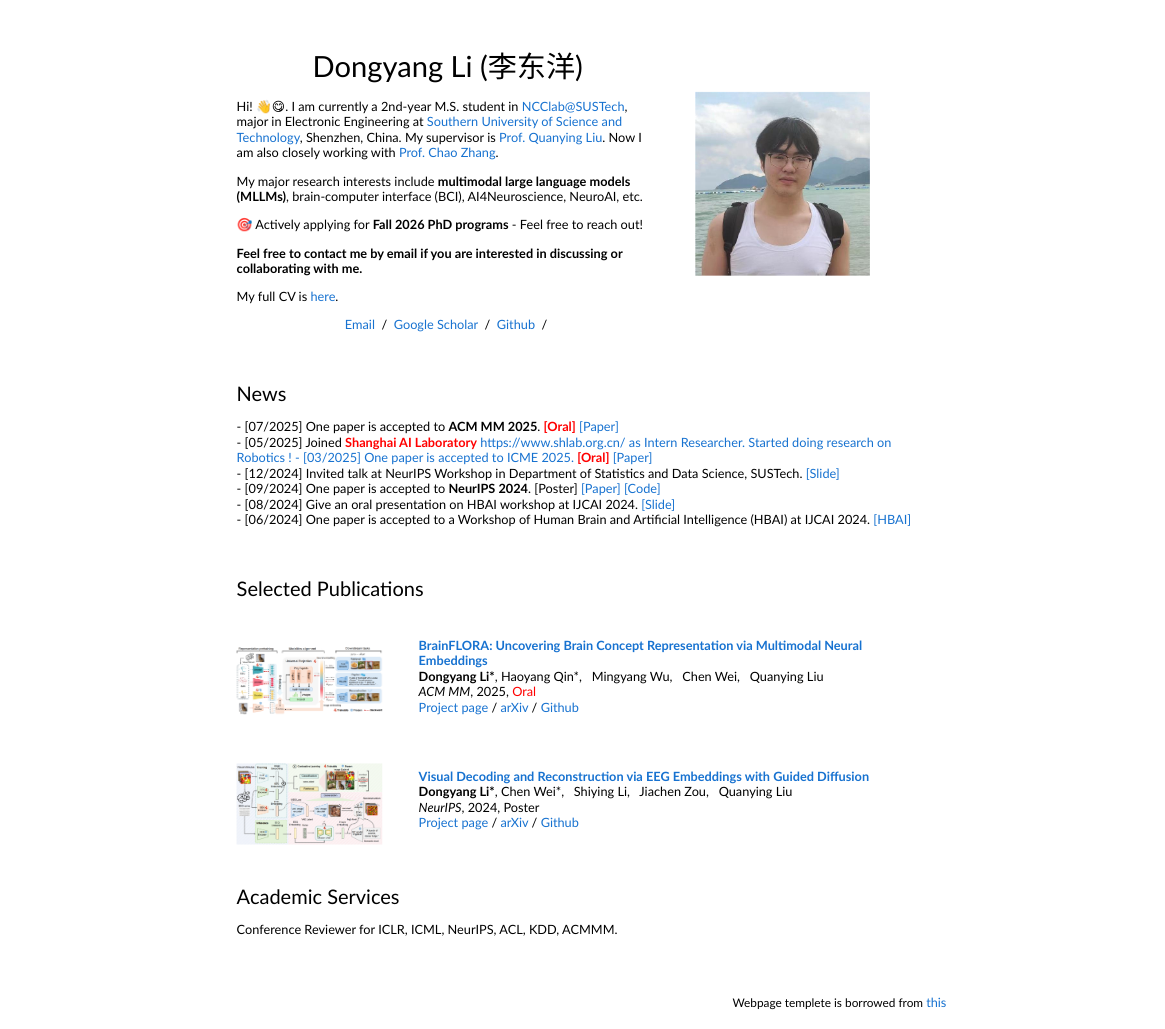
Repository: dongyangli-del/dongyangli-del.github.io
Page: index.html
These files come from the project's save history. The page is drawn as it stood at one moment and after the next save; the edit follows.
The browser window is 1280 px wide. The pictures show the whole page, at 91% of full size.

Above is the page before, as saved 2025-07-12 21:39:16.

### index.html
<!DOCTYPE HTML>
<html lang="en">
  <head>

    <meta http-equiv="Content-Type" content="text/html; charset=UTF-8">

    <title>Dongyang Li (李东洋)</title>

    <meta name="author" content="Dongyang Li (李东洋)">
    <meta name="viewport" content="width=device-width, initial-scale=1">

    <link rel="stylesheet" type="text/css" href="stylesheet.css">
    <link rel="icon" href="data:[embedded picture, 141 characters]">
  </head>

  <body>
    <!-- <div class="content">
      <table style="width:100%;border:0px;border-spacing:0px;border-collapse:separate;margin-right:auto;margin-left:auto;"><tbody>
        <tr style="padding:0px">
          <td style="padding:2.5%;width:63%;vertical-align:middle">
            <p class="name" style="text-align: center;">
              Dongyang Li
            </p>

            </p>
            <p>

            </p>
            <p style="text-align:center">
            </p>
          </td>
          <td style="padding:2.5%;width:40%;max-width:40%">
            <a href="myassets/profile.jpg"><img style="width:100%;max-width:100%" alt="profile photo" src="myassets/profile.jpg" class="hoverZoomLink"></a>
          </td>
        </tr>
      </tbody></table>
    </div> -->
    <table style="width:100%;max-width:800px;border:0px;border-spacing:0px;border-collapse:separate;margin-right:auto;margin-left:auto;"><tbody>
      <tr style="padding:0px">
        <td style="padding:0px">
          <table style="width:100%;border:0px;border-spacing:0px;border-collapse:separate;margin-right:auto;margin-left:auto;"><tbody>
            <tr style="padding:0px">
              <td style="padding:2.5%;width:63%;vertical-align:middle">
                <p class="name" style="text-align: center;">
                  Dongyang Li (李东洋)
                </p>
                <p>
                  Hi! 👋😋.
                  I am currently a 2nd-year M.S. student in <a href="https://faculty.sustech.edu.cn/?tagid=liuqy&iscss=1&snapid=1&orderby=date&go=1">NCClab@SUSTech</a>, major in Electronic Engineering at <a href="https://www.sustech.edu.cn/en/">Southern University of Science and Technology</a>, Shenzhen, China.
                  My supervisor is <a href="https://www.sustech.edu.cn/zh/faculties/liuquanying.html">Prof. Quanying Liu</a>. Now I am also closely working with <a href="https://mi.eng.cam.ac.uk/~cz277/">Prof. Chao Zhang</a>.
                </p>
                <p>
                  My major research interests include <strong>multimodal large language models (MLLMs)</strong>, brain-computer interface (BCI), AI4Neuroscience, NeuroAI, etc.
                </p>
                <p>🎯 Actively applying for <strong>Fall 2026 PhD programs</strong> - Feel free to reach out!</p> <span style="color: black; font-weight: bold;">Feel free to contact me by email if you are interested in discussing or collaborating with me.</span>


                <p>
                  My full CV is <a href="https://dongyangli-del.github.io/files/Dongyang_Li_CV.pdf">here</a>.
                </p>
                <p style="text-align:center">
                  <a href="lidy2023@mail.sustech.edu.cn">Email</a> &nbsp;/&nbsp;
                  <a href="https://scholar.google.com/citations?user=4VTOeU4AAAAJ&hl=zh-CN&oi=ao">Google Scholar</a> &nbsp;/&nbsp;
                  <a href="https://github.com/dongyangli-del">Github</a> &nbsp;/&nbsp;
                  <!-- <a href="https://www.linkedin.com/in/yingqing-he-6b2859168/">LinkedIn</a> -->
                </p>
              </td>
              <td style="padding:2.5%;width:40%;max-width:40%">
                <a href="myassets/profile.jpg"><img style="width:75%;max-width:100%" alt="profile photo" src="myassets/profile.jpg" class="hoverZoomLink"></a>
              </td>
            </tr>
          </tbody></table>

          <table style="width:100%;border:0px;border-spacing:0px;border-collapse:separate;margin-right:auto;margin-left:auto;"><tbody>
            <tr>
            <td style="padding:20px;width:100%;vertical-align:middle">
              <h2>News</h2>
              <p>
                - [07/2025] One paper is accepted to <strong>ACM MM 2025</strong>. <span style="color: red; font-weight: bold;">[Oral]</span> <a href="https://arxiv.org/pdf/2410.23754">[Paper]</a><br>

                - [05/2025] Joined <a href="https://arxiv.org/abs/2403.07721"><span style="color: red; font-weight: bold;">Shanghai AI Laboratory</span> https://www.shlab.org.cn/ as Intern Researcher. Started doing research on Robotics !

                - [03/2025] One paper is accepted to ICME 2025. <span style="color: red; font-weight: bold;">[Oral]</span> <a href="https://arxiv.org/pdf/2410.23754">[Paper]</a><br>

                - [12/2024] Invited talk at NeurIPS Workshop in Department of Statistics and Data Science, SUSTech. <a href="https://dongyangli-del.github.io/files/DongyangLi-20241201.pdf">[Slide]</a><br>

                - [09/2024] One paper is accepted to <strong>NeurIPS 2024</strong>. [Poster] <a href="https://arxiv.org/abs/2403.07721">[Paper]</a> <a href="https://github.com/dongyangli-del/EEG_Image_decode">[Code]</a> <br>

                - [08/2024] Give an oral presentation on HBAI workshop at IJCAI 2024. <a href="https://dongyangli-del.github.io/files/HBAI_2024_DongyangLi.pdf">[Slide]</a><br>

                - [06/2024] One paper is accepted to a Workshop of Human Brain and Artificial Intelligence (HBAI) at IJCAI 2024. <a href="https://hbai2024.github.io/">[HBAI]</a><br>

                <!-- - [10/2024] <font style="color: #d07c22">Invited talk</font> at <a href="https://venue-tutorial.github.io/">ECCV 2024 VENUE (Recent Advances in Video Content Understanding and Generation) Tutorial</a>
                 on the topic of <i>"LLMs Meet image and video generation"</i>.
                 The slides are available at our <a href="https://github.com/YingqingHe/Awesome-LLMs-meet-Multimodal-Generation/blob/main/ECCV2024-VENUE-Tutorial-Slides-LLM-Meet-Image-and-Video-Generation.pdf">Github repo</a>.<br>
                - [08/2024] <font style="color: #d07c22">Invited talk</font> at <a href="https://hunyuan.tencent.com/">Tencent Hunyuan</a>
                 on the topic of <i>"LLMs Meet Multimodal Generation and Editing"</i><br>
                - [08/2024] 1 paper was accepted to <font style="color: #D8429E">ECCV 2024 AI4VA Workshop</font>.<br>
                - [07/2024] 1 paper was accepted to <font style="color: #D8429E">SIGGRAPH Asia 2024</font>.<br>
                - [07/2024] 1 paper was accepted to <font style="color: #D8429E">ECCV 2024</font>.<br>
                - [05/2024] We released a survey paper: <a href="https://arxiv.org/abs/2405.19334">LLMs Meet Multimodal Generation and Editing: A Survey</a>.<br>
                - [03/2024] <font style="color: #d07c22">Invited talk</font> at <a href="https://www.meituan.com/">Meituan</a> on the topic of <i>"Recent Advance of Text-to-Video Generation"</i>.<br>
                - [03/2024] 1 paper was accepted to <font style="color: #D8429E">CVPR 2024</font>.<br>
                - [02/2024] 1 paper was accepted to <font style="color: #D8429E">TVCG 2024</font>.<br>
                - [01/2024] 2 papers were accepted to <font style="color: #D8429E">ICLR 2024</font> (including 1 Spotlight paper).<br>
                - [12/2023] 1 paper was accepted to <font style="color: #D8429E">AAAI 2024</font>.<br>
                - [11/2023] Released <a href="https://arxiv.org/abs/2310.19512">VideoCrafter 1</a>.<br>
                - [08/2023] 1 paper was accepted to <font style="color: #D8429E">SIGGRAPH Asia 2023</font>.<br>
                - [06/2023] <font style="color: #d07c22">Invited talk</font> at <a href="https://sites.google.com/view/loveucvpr23/home">CVPR 2023 LOVEU Workshop</a> on the topic of <i>"Crafting Your Videos: From Unconditional to <br>
                  &nbsp; &nbsp; &nbsp;&nbsp; &nbsp; &nbsp;&nbsp; &nbsp; &nbsp;&nbsp; &nbsp; &nbsp;&nbsp; &nbsp; &nbsp;&nbsp;&nbsp;
                  Controllable Video Diffusion Models"</i>.<br>
                - [04/2023] Released <a href="https://github.com/AILab-CVC/VideoCrafter">VideoCrafter 0.9</a>.<br>
                - [08/2021] 1 paper was accepted to <font style="color: #D8429E">ACM MM 2021</font> as an <font style="color: #D8429E">Oral</font> paper.<br>  -->
              </p>
            </td>
            </tr>
          </tbody></table>
          <table style="width:100%;border:0px;border-spacing:0px;border-collapse:separate;margin-right:auto;margin-left:auto;"><tbody>

    <table style="width:100%;border:0px;border-spacing:0px;border-collapse:separate;margin-right:auto;margin-left:auto;">
      <tbody>
      <tr>
        <td style="padding:20px;width:100%;vertical-align:middle">
          <h2>Selected Publications</h2>
          <!-- <p>
            I'm interested in computer vision, generative models, image/video generation and editing.
          </p> -->
        </td>
      </tr>
      </tbody>
    </table>
    <table style="width:100%;border:0px;border-spacing:0px;border-collapse:separate;margin-right:auto;margin-left:auto;"><tbody>


      <!-- BrainFLORA -->
      <tr>
        <td style="padding:20px;width:25%;vertical-align:middle">
          <img src='myassets/BrainFLORA.png' width="100%">
        </td>
        <td style="padding:20px;width:75%;vertical-align:middle">
          <a href="https://github.com/dongyangli-del/BrainFLORA">
            <span class="papertitle">BrainFLORA: Uncovering Brain Concept Representation via Multimodal Neural Embeddings</span>
          </a>
          <br>
          <strong>Dongyang Li*</strong>,
          <font style="color:black;">Haoyang Qin*, </font> &nbsp;
          <font style="color: black;">Mingyang Wu, </font> &nbsp;
          <font style="color: black;">Chen Wei, </font> &nbsp;
          <font style="color: black;">Quanying Liu </font> &nbsp;
          <br>
          <em>ACM MM</em>, 2025, <font style="color:red;">Oral</font>
          <br>
          <a href="https://github.com/dongyangli-del/BrainFLORA">Project page</a> /
          <a href="https://arxiv.org/pdf/2403.07721">arXiv</a> /
          <a href="https://github.com/dongyangli-del/BrainFLORA">Github</a>
          <p></p>
          <p>
          </p>
        </td>
      </tr>


      <!-- EEG_Image_Decode -->
      <tr>
        <td style="padding:20px;width:25%;vertical-align:middle">
          <img src='myassets/EEG_Image_decode.png' width="100%">
        </td>
        <td style="padding:20px;width:75%;vertical-align:middle">
          <a href="https://github.com/dongyangli-del/EEG_Image_decode/">
            <span class="papertitle">Visual Decoding and Reconstruction via EEG Embeddings with Guided Diffusion</span>
          </a>
          <br>
          <strong>Dongyang Li*</strong>,
          <font style="color:black;">Chen Wei*, </font> &nbsp;
          <font style="color: black;">Shiying Li, </font> &nbsp;
          <font style="color: black;">Jiachen Zou, </font> &nbsp;
          <font style="color: black;">Quanying Liu </font> &nbsp;
          <br>
          <em>NeurIPS</em>, 2024, Poster
          <br>
          <a href="https://dongyangli-del.github.io/EEG_Image_Decode/">Project page</a> /
          <a href="https://arxiv.org/pdf/2403.07721">arXiv</a> /
          <a href="https://github.com/dongyangli-del/EEG_Image_decode">Github</a>
          <p></p>
          <p>
          </p>
        </td>
      </tr>



    <table style="width:100%;border:0px;border-spacing:0px;border-collapse:separate;margin-right:auto;margin-left:auto;"><tbody>
      <tr>
      <td style="padding:20px;width:100%;vertical-align:middle">
        <h2>Academic Services</h2>
        <p>
          Conference Reviewer for ICLR, ICML, NeurIPS, ACL, KDD, ACMMM.<br>
          <!-- Journal Reviewer for TPAMI, IJCV, ACM Computing Surveys. -->
        </p>
      </td>
    </tr>
    </tbody></table>
    <table style="width:100%;border:0px;border-spacing:0px;border-collapse:separate;margin-right:auto;margin-left:auto;"><tbody>

    <!-- </tbody></table>
          <table width="100%" align="center" border="0" cellspacing="0" cellpadding="20"><tbody>
            <tr>
              <td>
                <h2>Miscellanea</h2>
              </td>
            </tr>
          </tbody></table>
          <table width="100%" align="center" border="0" cellpadding="20"><tbody>

            <tr>
              <td style="padding:20px;width:25%;vertical-align:middle"><img src="images/cvf.jpg"></td>
              <td width="75%" valign="center">
                <a href="https://cvpr2023.thecvf.com/Conferences/2023/Organizers">Demo Chair, CVPR 2023</a>
          <br>
                <a href="https://cvpr2022.thecvf.com/area-chairs">Area Chair, CVPR 2022</a>
                <br>
                <a href="http://cvpr2021.thecvf.com/area-chairs">Area Chair & Longuet-Higgins Award Committee Member, CVPR 2021</a>
                <br>
                <a href="http://cvpr2019.thecvf.com/area_chairs">Area Chair, CVPR 2019</a>
                <br>
                <a href="http://cvpr2018.thecvf.com/organizers/area_chairs">Area Chair, CVPR 2018</a>
              </td>
            </tr>
            <tr>
              <td style="padding:20px;width:25%;vertical-align:middle">
                <img src="images/cs188.jpg" alt="cs188">
              </td>
              <td width="75%" valign="center">
                <a href="http://inst.eecs.berkeley.edu/~cs188/sp11/announcements.html">Graduate Student Instructor, CS188 Spring 2011</a>
                <br>
                <a href="http://inst.eecs.berkeley.edu/~cs188/fa10/announcements.html">Graduate Student Instructor, CS188 Fall 2010</a>
                <br>
                <a href="http://aima.cs.berkeley.edu/">Figures, "Artificial Intelligence: A Modern Approach", 3rd Edition</a>
              </td>
            </tr>


            <tr>
              <td align="center" style="padding:20px;width:25%;vertical-align:middle">
                <h2>Basically <br> Blog Posts</h2>
              </td>
              <td width="75%" valign="middle">
                <a href="https://arxiv.org/abs/2112.11687">Squareplus: A Softplus-Like Algebraic Rectifier</a>
                <br>
                <a href="https://arxiv.org/abs/2010.09714">A Convenient Generalization of Schlick's Bias and Gain Functions</a>
                <br>
                <a href="https://arxiv.org/abs/1704.07483">Continuously Differentiable Exponential Linear Units</a>
                <br>
                <a href="https://jonbarron.info/data/cvpr2023_llm_workshop_annotated.pdf">Scholars & Big Models: How Can Academics Adapt?</a>
              </td>
            </tr>
          </tbody></table> -->


          <table style="width:100%;border:0px;border-spacing:0px;border-collapse:separate;margin-right:auto;margin-left:auto;"><tbody>
            <tr>
              <td style="padding:0px">
                <br>
                <p style="text-align:right;font-size:small;">
                  <!-- Feel free to steal this website's <a href="https://github.com/jonbarron/jonbarron_website">source code</a>. <strong>Do not</strong> scrape the HTML from this page itself, as it includes analytics tags that you do not want on your own website &mdash; use the github code instead. Also, consider using <a href="https://leonidk.com/">Leonid Keselman</a>'s <a href="https://github.com/leonidk/new_website">Jekyll fork</a> of this page. -->
                  Webpage templete is borrowed from <a href="https://github.com/jonbarron/jonbarron_website">this</a>
                </p>
              </td>
            </tr>
          </tbody></table>
        </td>
      </tr>
    </table>
  </body>
</html>

### stylesheet.css
/* latin-ext */
.content {
  width: 1000px;
  padding: 25px 50px;
  margin: 25px auto;
  background-color: white;
  box-shadow: 0px 0px 10px #999;
  border-radius: 15px;
  font-family: "Google Sans";
}

@font-face {
  font-family: 'Lato';
  font-style: italic;
  font-weight: 400;
  src: local('Lato Italic'), local('Lato-Italic'), url(https://fonts.gstatic.com/s/lato/v15/S6u8w4BMUTPHjxsAUi-qNiXg7eU0.woff2) format('woff2');
  unicode-range: U+0100-024F, U+0259, U+1E00-1EFF, U+2020, U+20A0-20AB, U+20AD-20CF, U+2113, U+2C60-2C7F, U+A720-A7FF;
}
/* latin */
@font-face {
  font-family: 'Lato';
  font-style: italic;
  font-weight: 400;
  src: local('Lato Italic'), local('Lato-Italic'), url(https://fonts.gstatic.com/s/lato/v15/S6u8w4BMUTPHjxsAXC-qNiXg7Q.woff2) format('woff2');
  unicode-range: U+0000-00FF, U+0131, U+0152-0153, U+02BB-02BC, U+02C6, U+02DA, U+02DC, U+2000-206F, U+2074, U+20AC, U+2122, U+2191, U+2193, U+2212, U+2215, U+FEFF, U+FFFD;
}
/* latin-ext */
@font-face {
  font-family: 'Lato';
  font-style: italic;
  font-weight: 700;
  src: local('Lato Bold Italic'), local('Lato-BoldItalic'), url(https://fonts.gstatic.com/s/lato/v15/S6u_w4BMUTPHjxsI5wq_FQftx9897sxZ.woff2) format('woff2');
  unicode-range: U+0100-024F, U+0259, U+1E00-1EFF, U+2020, U+20A0-20AB, U+20AD-20CF, U+2113, U+2C60-2C7F, U+A720-A7FF;
}
/* latin */
@font-face {
  font-family: 'Lato';
  font-style: italic;
  font-weight: 700;
  src: local('Lato Bold Italic'), local('Lato-BoldItalic'), url(https://fonts.gstatic.com/s/lato/v15/S6u_w4BMUTPHjxsI5wq_Gwftx9897g.woff2) format('woff2');
  unicode-range: U+0000-00FF, U+0131, U+0152-0153, U+02BB-02BC, U+02C6, U+02DA, U+02DC, U+2000-206F, U+2074, U+20AC, U+2122, U+2191, U+2193, U+2212, U+2215, U+FEFF, U+FFFD;
}
/* latin-ext */
@font-face {
  font-family: 'Lato';
  font-style: normal;
  font-weight: 400;
  src: local('Lato Regular'), local('Lato-Regular'), url(https://fonts.gstatic.com/s/lato/v15/S6uyw4BMUTPHjxAwXiWtFCfQ7A.woff2) format('woff2');
  unicode-range: U+0100-024F, U+0259, U+1E00-1EFF, U+2020, U+20A0-20AB, U+20AD-20CF, U+2113, U+2C60-2C7F, U+A720-A7FF;
}
/* latin */
@font-face {
  font-family: 'Lato';
  font-style: normal;
  font-weight: 400;
  src: local('Lato Regular'), local('Lato-Regular'), url(https://fonts.gstatic.com/s/lato/v15/S6uyw4BMUTPHjx4wXiWtFCc.woff2) format('woff2');
  unicode-range: U+0000-00FF, U+0131, U+0152-0153, U+02BB-02BC, U+02C6, U+02DA, U+02DC, U+2000-206F, U+2074, U+20AC, U+2122, U+2191, U+2193, U+2212, U+2215, U+FEFF, U+FFFD;
}
/* latin-ext */
@font-face {
  font-family: 'Lato';
  font-style: normal;
  font-weight: 700;
  src: local('Lato Bold'), local('Lato-Bold'), url(https://fonts.gstatic.com/s/lato/v15/S6u9w4BMUTPHh6UVSwaPGQ3q5d0N7w.woff2) format('woff2');
  unicode-range: U+0100-024F, U+0259, U+1E00-1EFF, U+2020, U+20A0-20AB, U+20AD-20CF, U+2113, U+2C60-2C7F, U+A720-A7FF;
}
/* latin */
@font-face {
  font-family: 'Lato';
  font-style: normal;
  font-weight: 700;
  src: local('Lato Bold'), local('Lato-Bold'), url(https://fonts.gstatic.com/s/lato/v15/S6u9w4BMUTPHh6UVSwiPGQ3q5d0.woff2) format('woff2');
  unicode-range: U+0000-00FF, U+0131, U+0152-0153, U+02BB-02BC, U+02C6, U+02DA, U+02DC, U+2000-206F, U+2074, U+20AC, U+2122, U+2191, U+2193, U+2212, U+2215, U+FEFF, U+FFFD;
}

a {
  color: #1772d0;
  text-decoration: none;
}
/* a {
  color: #761478b2;
  text-decoration: none;
} */
a:focus,
a:hover {
  color: #f09228;
  text-decoration: none;
}

body,
td,
th,
tr,
/* tr {
  border-bottom: 1px solid rgb(183, 168, 192);
} */
p,
a {
  font-family: 'Lato', Verdana, Helvetica, sans-serif;
  font-size: 14px;
}

strong {
  font-family: 'Lato', Verdana, Helvetica, sans-serif;
  font-size: 14px;
}

h2 {
  margin: 0;
  font-weight: normal;
  font-family: 'Lato', Verdana, Helvetica, sans-serif;
  font-size: 22px;
}

.papertitle {
  font-family: 'Lato', Verdana, Helvetica, sans-serif;
  font-size: 14px;
  font-weight: 700;
}

.name {
  padding-top: 20px;
  margin: 0;
  font-family: 'Lato', Verdana, Helvetica, sans-serif;
  font-size: 32px;
}

.one {
  width: 200px;
  height: 200px;
  position: relative;

}

.two {
  width: 200px;
  height: 200px;
  position: absolute;
  transition: opacity .2s ease-in-out;
  -moz-transition: opacity .2s ease-in-out;
  -webkit-transition: opacity .2s ease-in-out;
}

.fade {
  transition: opacity .2s ease-in-out;
  -moz-transition: opacity .2s ease-in-out;
  -webkit-transition: opacity .2s ease-in-out;
}

span.highlight {
  background-color: #ffffd0;
}

After the next save:
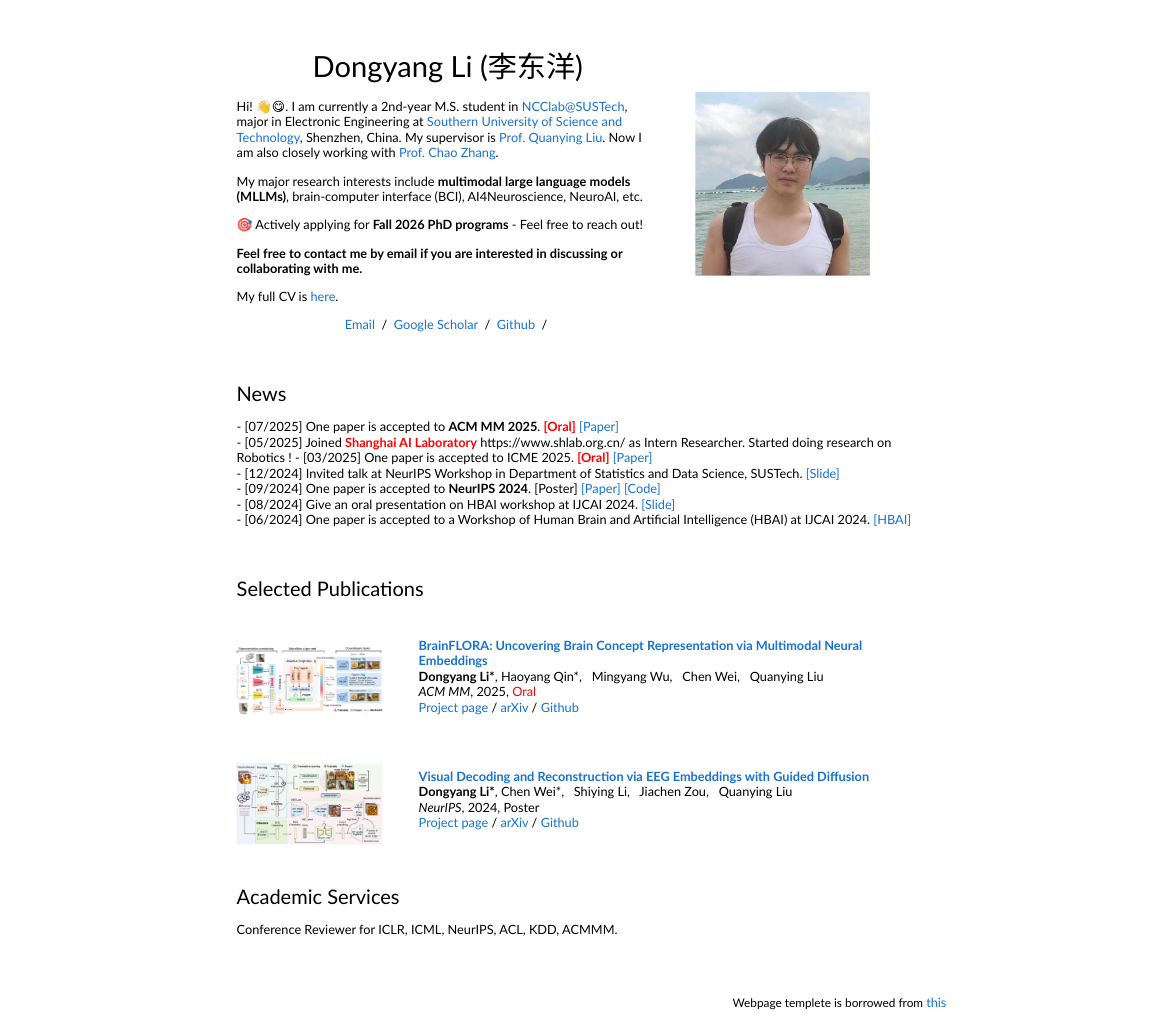
Saved 7 s later.
--- a/index.html
+++ b/index.html
@@ -78,7 +78,7 @@
               <p>
                 - [07/2025] One paper is accepted to <strong>ACM MM 2025</strong>. <span style="color: red; font-weight: bold;">[Oral]</span> <a href="https://arxiv.org/pdf/2410.23754">[Paper]</a><br>
 
-                - [05/2025] Joined <a href="https://arxiv.org/abs/2403.07721"><span style="color: red; font-weight: bold;">Shanghai AI Laboratory</span> https://www.shlab.org.cn/ as Intern Researcher. Started doing research on Robotics !
+                - [05/2025] Joined <a href="https://arxiv.org/abs/2403.07721"><span style="color: red; font-weight: bold;">Shanghai AI Laboratory</span></a> https://www.shlab.org.cn/ as Intern Researcher. Started doing research on Robotics !
 
                 - [03/2025] One paper is accepted to ICME 2025. <span style="color: red; font-weight: bold;">[Oral]</span> <a href="https://arxiv.org/pdf/2410.23754">[Paper]</a><br>
 
